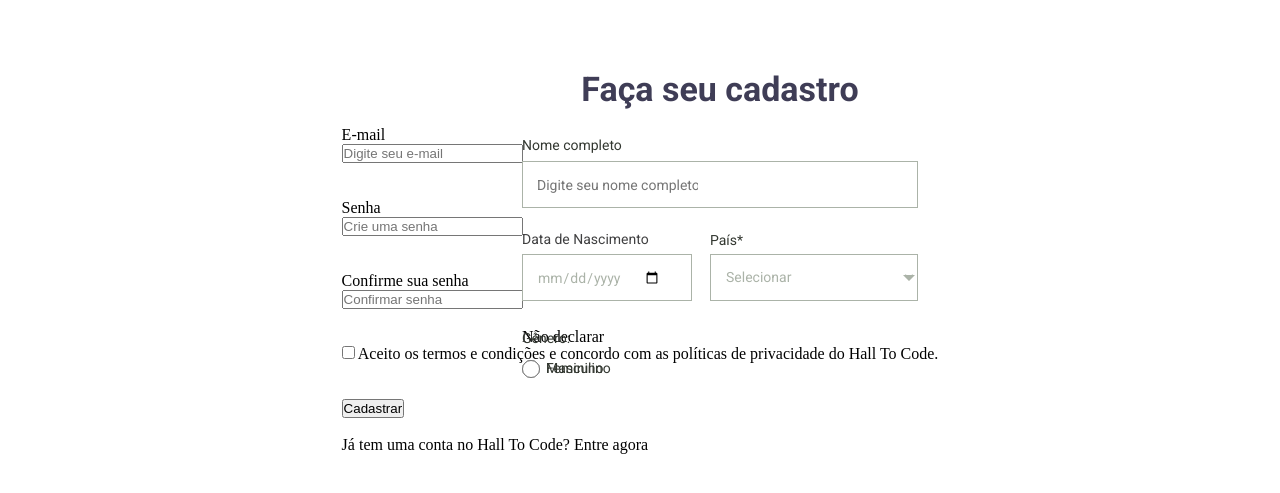
Repository: RenatoCCS/formularios
Page: cadastro.html
These files come from the project's save history. The page is drawn as it stood at one moment and after the next save; the edit follows.
The browser window is 1280 px wide. The pictures show the whole page.

Above is the page before, as saved 2023-03-24 15:26:36.

After the next save:
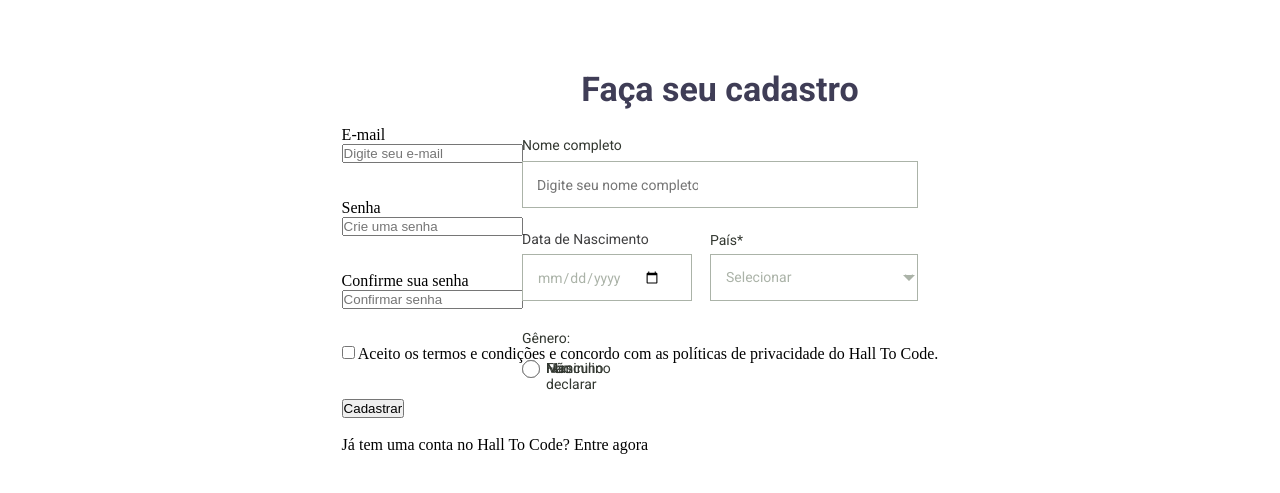
Saved 16 s later.
--- a/style.css
+++ b/style.css
@@ -290,7 +290,7 @@
   left: 0px;
 }
 
-.genero__Cadastro__Feminino {
+.genero__Cadastro__Naodeclarar {
   position: absolute;
   width: 58px;
   height: 16px;
